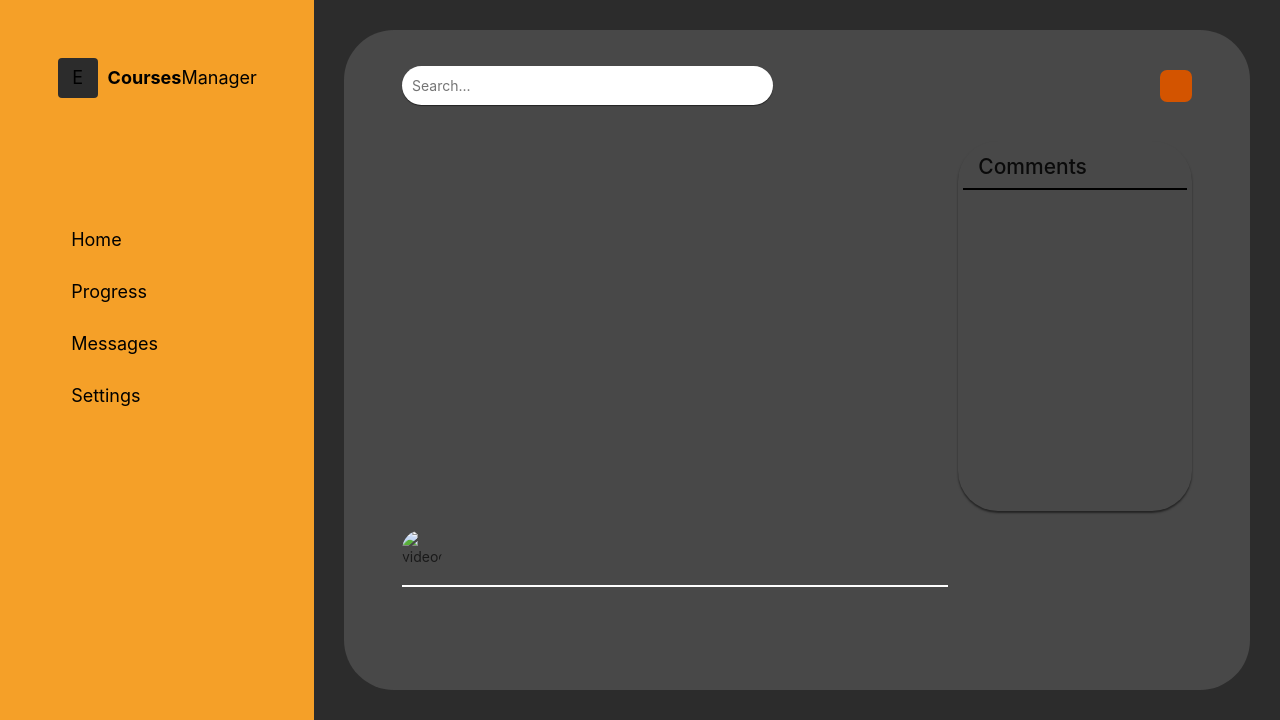
Repository: huynhnt1406/coursestorage
Page: /videodetail/1 (app in coursestorage/)
The author's editor kept a copy of each file at every save. The page is drawn from the files as they stood at one save, then again after the next save.
The browser window is 1280 px wide. The pictures show the whole page.
The page's requests for data from a server got no answer. The project was rebuilt for these pictures with package versions that can differ from the ones it lists, and the page was loaded fresh each time. No one was signed in, and anything a server would have sent is missing. Also part of the build but not shown: coursestorage/src/components/ListItems.vue, coursestorage/src/components/VideoList.vue, coursestorage/src/smallcomponents/Messages.vue, coursestorage/src/smallcomponents/Progress.vue, coursestorage/src/smallcomponents/Settings.vue.

Above is the page before, as saved 2021-05-02 01:25:49.

After the next save:
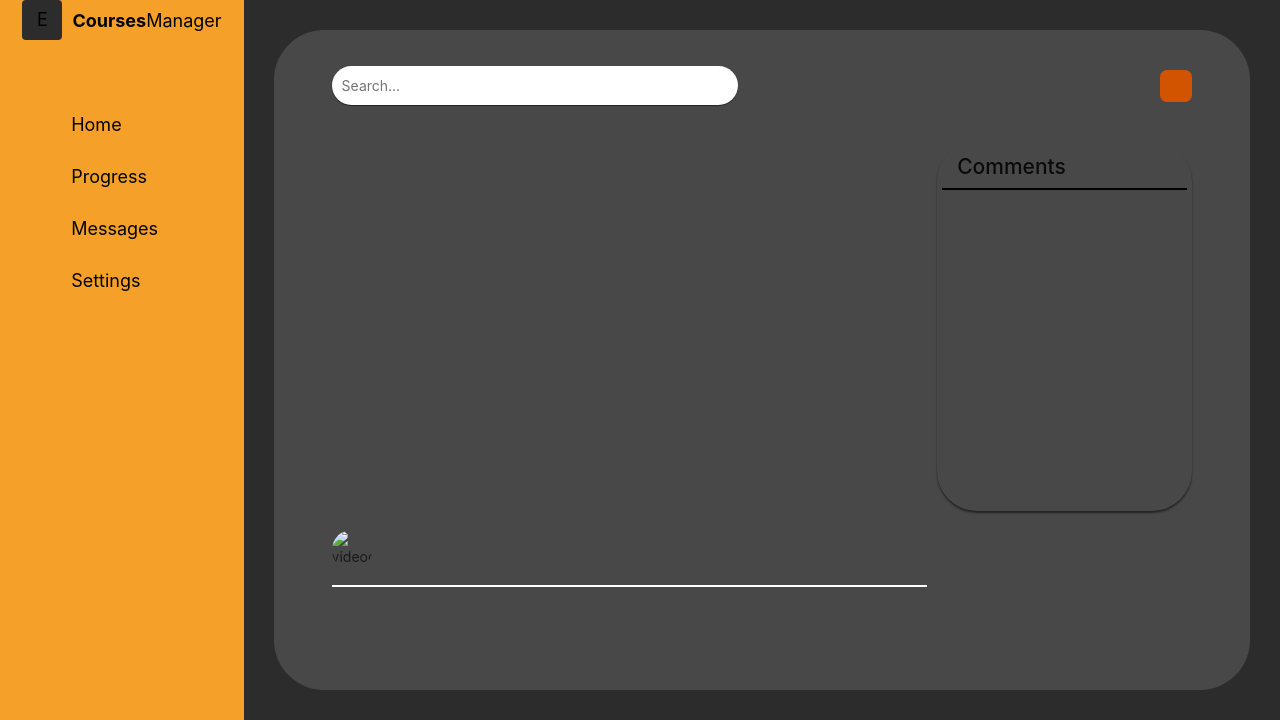
Saved 7 s later.
--- a/coursestorage/src/components/Sidebar.vue
+++ b/coursestorage/src/components/Sidebar.vue
@@ -41,7 +41,6 @@ export default {
 .sidebar-header{
     display: flex;
     align-items: center;
-    padding:8vh 8vh 8vh 8vh;
     justify-content: center;
 }
 .sidebar-header span{
